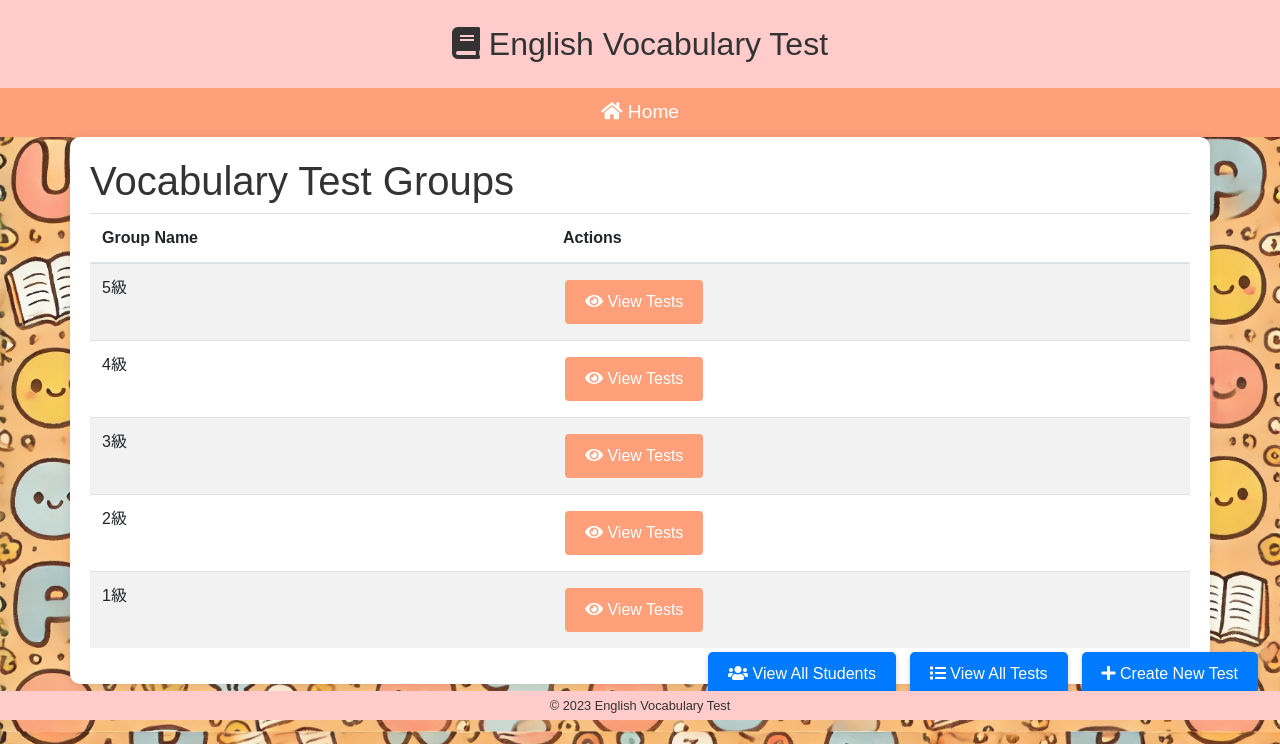
Repository: YamatoGH/testapp
Page: http://localhost/
An editor plug-in stored every save of this project. The page is shown before and after the next save, followed by the edit.
The browser window is 1280 px wide. The pictures show the whole page.
Backgrounds fixed to the window are drawn as part of the page. The page is served by the project's application, run on Django 5.2 (manage.py). Other server files are loaded and not shown. The page reads the database file committed with the project.

Above is the page before, as saved 2024-07-21 11:48:41.

### testapp/templates/testapp/home.html
{% extends "testapp/base.html" %}

{% block title %}Home{% endblock %}

{% block content %}
<h1>Vocabulary Test Groups</h1>
<table class="table table-striped table-hover">
    <thead>
        <tr>
            <th>Group Name</th>
            <th>Actions</th>
        </tr>
    </thead>
    <tbody>
        {% for group in groups %}
        <tr>
            <td>{{ group.name }}</td>
            <td><a href="{% url 'group_tests' group.id %}" class="btn btn-custom"><i class="fas fa-eye"></i> View Tests</a></td>
        </tr>
        {% endfor %}
    </tbody>
</table>

<div class="fixed-buttons">
    <a href="{% url 'student_list' %}" class="btn btn-custom view-all-students-button"><i class="fas fa-users"></i> View All Students</a>
    <a href="{% url 'all_tests' %}" class="btn btn-custom all-tests-button"><i class="fas fa-list"></i> View All Tests</a>
    <a href="{% url 'create_test' %}" class="btn btn-custom create-test-button"><i class="fas fa-plus"></i> Create New Test</a>
</div>

{% endblock %}

### testapp/templates/testapp/base.html
<!DOCTYPE html>
<html>
<head>
    {% load static %}
    <title>{% block title %}English Vocabulary Test{% endblock %}</title>
    <link rel="stylesheet" href="https://stackpath.bootstrapcdn.com/bootstrap/4.3.1/css/bootstrap.min.css">
    <link rel="stylesheet" href="https://cdnjs.cloudflare.com/ajax/libs/font-awesome/5.15.3/css/all.min.css">
    <link rel="stylesheet" type="text/css" href="{% static 'testapp/css/style.css' %}">
</head>
<body>
    <header>
        <i class="fas fa-book"></i> English Vocabulary Test
    </header>
    <nav>
        <a href="{% url 'home' %}"><i class="fas fa-home"></i> Home</a>
    </nav>
    <div class="container">
        {% block content %}{% endblock %}
    </div>
    <footer>
        &copy; 2023 English Vocabulary Test
    </footer>
</body>
<script>
    document.addEventListener("DOMContentLoaded", function() {
        var coll = document.getElementsByClassName("collapsible");
        for (var i = 0; i < coll.length; i++) {
            coll[i].addEventListener("click", function() {
                this.classList.toggle("active");
                var content = this.nextElementSibling;
                if (content.style.display === "block") {
                    content.style.display = "none";
                } else {
                    content.style.display = "block";
                }
            });
        }
    });
</script>
</html>

### testapp/models.py
from django.db import models

class Group(models.Model):
    name = models.CharField(max_length=100)

    def __str__(self):
        return self.name

class Test(models.Model):
    title = models.CharField(max_length=100)
    description = models.TextField(null=True, blank=True)
    words = models.ManyToManyField('Word', blank=True)
    group = models.ForeignKey(Group, on_delete=models.CASCADE, related_name='tests', null=True, blank=True)

    def __str__(self):
        return self.title

class Word(models.Model):
    word = models.CharField(max_length=100)
    meaning = models.CharField(max_length=255)

    def __str__(self):
        return self.word

class Student(models.Model):
    name = models.CharField(max_length=100)

    def __str__(self):
        return f"{self.name} "

### testapp/views.py
import csv
import pandas as pd
from django.shortcuts import render, redirect, get_object_or_404
from django.forms import formset_factory
from .forms import TestForm, WordForm
from .models import Word, Test, Group, Student
import random

def create_test(request):
    WordFormSet = formset_factory(WordForm, extra=1)
    if request.method == 'POST':
        form = TestForm(request.POST, request.FILES)
        formset = WordFormSet(request.POST, prefix='words')
        if form.is_valid() and formset.is_valid():
            test = form.save(commit=False)
            test.save()
            for word_form in formset:
                word = word_form.cleaned_data.get('word')
                meaning = word_form.cleaned_data.get('meaning')
                if word and meaning:
                    word_obj, created = Word.objects.get_or_create(word=word, meaning=meaning)
                    test.words.add(word_obj)
            if 'file' in request.FILES:
                file = request.FILES['file']
                if file.name.endswith('.csv'):
                    reader = csv.reader(file.read().decode('utf-8').splitlines())
                    for row in reader:
                        if len(row) == 2:
                            word, meaning = row
                            word_obj, created = Word.objects.get_or_create(word=word.strip(), meaning=meaning.strip())
                            test.words.add(word_obj)
                elif file.name.endswith('.xlsx'):
                    df = pd.read_excel(file)
                    for _, row in df.iterrows():
                        if len(row) >= 2:
                            word, meaning = row[0], row[1]
                            word_obj, created = Word.objects.get_or_create(word=word.strip(), meaning=meaning.strip())
                            test.words.add(word_obj)
            return redirect('home')
    else:
        form = TestForm()
        formset = WordFormSet(prefix='words')
    return render(request, 'testapp/create_test.html', {'form': form, 'formset': formset})

def all_tests(request):
    tests = Test.objects.all()
    return render(request, 'testapp/all_tests.html', {'tests': tests})

def group_tests(request, group_id):
    group = get_object_or_404(Group, id=group_id)
    tests = group.tests.all()  # 'tests' は 'related_name' に基づく
    return render(request, 'testapp/group_tests.html', {'group': group, 'tests': tests})

def home(request):
    groups = Group.objects.all()
    return render(request, 'testapp/home.html', {'groups': groups})

def test_detail(request, test_id):
    test = get_object_or_404(Test, id=test_id)
    words = test.words.all()
    return render(request, 'testapp/test_detail.html', {'test': test, 'words': words})

def print_test(request, test_id, start_index, end_index, shuffle):
    test = get_object_or_404(Test, id=test_id)
    words = list(test.words.all())
    if shuffle == 'yes':
        random.shuffle(words)
    words = words[start_index:end_index]
    return render(request, 'testapp/print_test.html', {'test': test, 'words': words})

def print_test_with_answers(request, test_id, start_index, end_index, shuffle):
    test = get_object_or_404(Test, id=test_id)
    words = list(test.words.all())
    if shuffle == 'yes':
        random.shuffle(words)
    words = words[start_index:end_index]
    return render(request, 'testapp/print_test_with_answers.html', {'test': test, 'words': words})

def student_list(request):
    students = Student.objects.all()
    return render(request, 'testapp/student_list.html', {'students': students})

### vocab_test/urls.py
"""
URL configuration for vocab_test project.

The `urlpatterns` list routes URLs to views. For more information please see:
    https://docs.djangoproject.com/en/5.0/topics/http/urls/
Examples:
Function views
    1. Add an import:  from my_app import views
    2. Add a URL to urlpatterns:  path('', views.home, name='home')
Class-based views
    1. Add an import:  from other_app.views import Home
    2. Add a URL to urlpatterns:  path('', Home.as_view(), name='home')
Including another URLconf
    1. Import the include() function: from django.urls import include, path
    2. Add a URL to urlpatterns:  path('blog/', include('blog.urls'))
"""
from django.contrib import admin
from django.urls import include, path

urlpatterns = [
    path('admin/', admin.site.urls),
    path('', include('testapp.urls')),
]

### testapp/urls.py
from django.conf import settings
from django.conf.urls.static import static
from django.urls import path
from . import views

urlpatterns = [
    path('', views.home, name='home'),
    path('test/<int:test_id>/', views.test_detail, name='test_detail'),
    path('print-test/<int:test_id>/<int:start_index>/<int:end_index>/<str:shuffle>/', views.print_test, name='print_test'),
    path('print-test-with-answers/<int:test_id>/<int:start_index>/<int:end_index>/<str:shuffle>/', views.print_test_with_answers, name='print_test_with_answers'),
    path('create-test/', views.create_test, name='create_test'),
    path('group-tests/<int:group_id>/', views.group_tests, name='group_tests'),
    path('all-tests/', views.all_tests, name='all_tests'),
    path('students/', views.student_list, name='student_list'),
]

if settings.DEBUG:
    urlpatterns += static(settings.STATIC_URL, document_root=settings.STATIC_ROOT)

### testapp/static/testapp/css/style.css
body {
    font-family: 'Comic Sans MS', cursive, sans-serif;
    background-color: #f0f8ff;
    color: #333;
    margin: 0;
    padding: 0;
    background-image: url('/static/testapp/images/background.jpg'); /* ここに背景画像のURLを入力 */
    background-size: cover;
    background-repeat: no-repeat;
    background-attachment: fixed; /* 背景画像を固定 */
    display: flex;
    flex-direction: column;
    min-height: 100vh;
}

header {
    background-color: #ffcccb;
    padding: 20px;
    text-align: center;
    font-size: 2em;
    color: #333;
}

nav {
    background-color: #ffa07a;
    padding: 10px;
    text-align: center;
}

nav a {
    margin: 0 15px;
    color: #fff;
    text-decoration: none;
    font-size: 1.2em;
}

nav a:hover {
    text-decoration: underline;
}

.container {
    flex: 1;  /* Main content will take all available space */
    padding: 20px;
    background-color: rgba(255, 255, 255, 1.0);
    border-radius: 10px;
    box-shadow: 0 0 10px rgba(0, 0, 0, 0.1);
    margin-bottom: 60px;  /* Add some space at the bottom to avoid overlap with the footer */
}

footer {
    background-color: #ffcccb;
    padding: 5px;  /* Adjusted padding */
    text-align: center;
    font-size: 0.8em;  /* Adjusted font size */
    position: fixed;
    width: 100%;
    bottom: 0;
}

.btn-custom {
    background-color: #ffa07a;
    border: none;
    color: white;
    padding: 10px 20px;
    text-align: center;
    text-decoration: none;
    display: inline-block;
    font-size: 16px;
    margin: 4px 2px;
    transition-duration: 0.4s;
    cursor: pointer;
}

.btn-custom:hover {
    background-color: white;
    color: black;
    border: 2px solid #ffa07a;
}

.collapsible {
    cursor: pointer;
    padding: 10px;
    width: 100%;
    border: none;
    text-align: center;
    outline: none;
    font-size: 1em;
}

.active, .collapsible:hover {
    background-color: #ddd;
}

.collapsible-content {
    display: none;
    overflow: hidden;
    padding: 0 10px;
}

.fixed-buttons {
    position: fixed !important;
    bottom: 20px !important;
    right: 20px !important;
    display: flex !important;
    flex-direction: row !important;  /* 水平方向に配置 */
    gap: 10px !important;            /* ボタン間のスペース */
    align-items: center !important;  /* 垂直方向の中央揃え */
}

.fixed-buttons .btn-custom {
    background-color: #007bff !important;
    color: white !important;
    padding: 10px 20px !important;
    border-radius: 5px !important;
    text-decoration: none !important;
    box-shadow: 0 2px 5px rgba(0,0,0,0.2) !important;
    transition: background-color 0.3s ease !important;
    z-index: 1000 !important;  /* ボタンが他のコンテンツの上に表示されるように */
}

.fixed-buttons .btn-custom:hover {
    background-color: #0056b3 !important;
}

### db.sqlite3 (the tables this page reads, as SQL)
CREATE TABLE "testapp_group" ("id" integer NOT NULL PRIMARY KEY AUTOINCREMENT, "name" varchar(100) NOT NULL);
INSERT INTO "testapp_group" VALUES
(3, '5級'),
(5, '4級'),
(6, '3級'),
(7, '2級'),
(8, '1級');

After the next save:
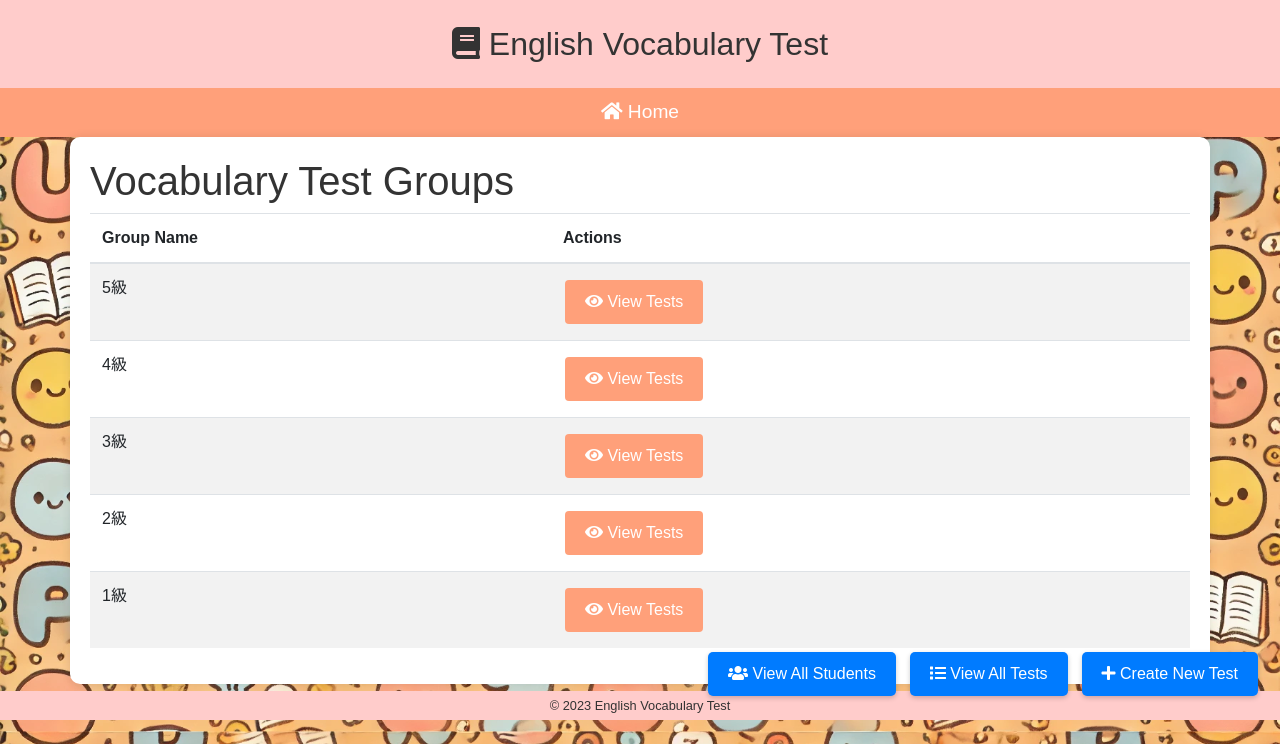
Saved 10 min 29 s later.
--- a/testapp/static/testapp/css/style.css
+++ b/testapp/static/testapp/css/style.css
@@ -102,9 +102,10 @@ footer {
     bottom: 20px !important;
     right: 20px !important;
     display: flex !important;
-    flex-direction: row !important;  /* 水平方向に配置 */
-    gap: 10px !important;            /* ボタン間のスペース */
-    align-items: center !important;  /* 垂直方向の中央揃え */
+    flex-direction: row !important;
+    gap: 10px !important;
+    align-items: center !important;
+    z-index: 1000 !important;  /* Ensure buttons are above other content */
 }
 
 .fixed-buttons .btn-custom {
@@ -115,7 +116,6 @@ footer {
     text-decoration: none !important;
     box-shadow: 0 2px 5px rgba(0,0,0,0.2) !important;
     transition: background-color 0.3s ease !important;
-    z-index: 1000 !important;  /* ボタンが他のコンテンツの上に表示されるように */
 }
 
 .fixed-buttons .btn-custom:hover {
